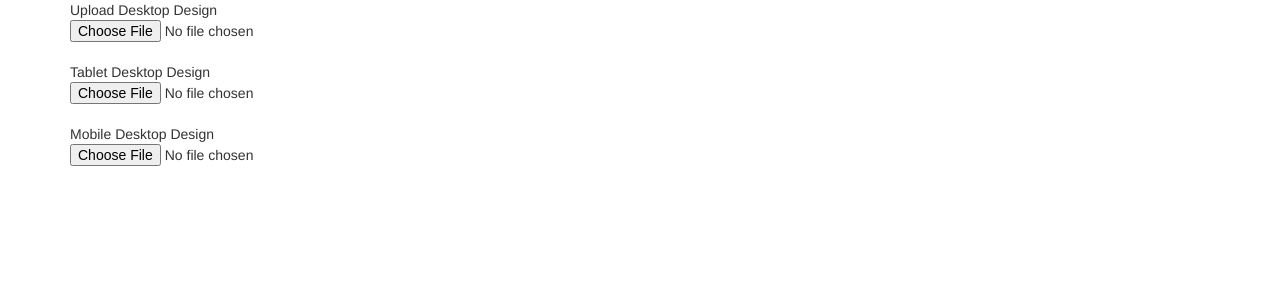
Repository: aneeshsingh/workspace
Page: http://localhost/analytics/Add_Product_Page_5.jsp
The author's editor kept a copy of each file at every save. The page is drawn from the files as they stood at one save, then again after the next save.
The browser window is 1280 px wide. The pictures show the whole page.
The page is served by Tomcat 9. Other server files are loaded and not shown.

Above is the page before, as saved 2016-03-07 03:42:21.

### analytics/war/Add_Product_Page_5.jsp
<!DOCTYPE html>
<html class="no-js" xmlns="http://www.w3.org/1999/xhtml"
	xml:lang="en-US" lang="en-US">

<%@ page import="com.macquarie.analytics.*"%>
<%@ page import="java.util.HashMap"%>
<%@ page import="java.util.Iterator"%>
<%@ page import="java.util.Map"%>
<%@ page import="java.sql.Connection"%>
<%@page language="java" session="true"%>

<head>
<!-- Latest compiled and minified CSS -->
<link rel="stylesheet"
	href="https://maxcdn.bootstrapcdn.com/bootstrap/3.3.6/css/bootstrap.min.css">

</head>
<body>


<form action="getAnalyticsServlet" method="post">
	<div class="container">


		<div class="row">

			<div class="col-md-12">
			<span>Upload Desktop Design</span>
			 <input type="file" name="file_desktop" id="file_desktop" /> <br/>
			</div>
		</div>






		<div class="row">

			<div class="col-md-12">

			<span>Tablet Desktop Design</span>
			 <input type="file" name="file_tablet" id="file_tablet" /> <br/>
			</div>

		</div>



		<div class="row">

			<div class="col-md-12">

			<span>Mobile Desktop Design</span>
			 <input type="file" name="file_mobile" id="file_mobile" /> <br/>
			</div>

		</div>



	</div>


</form>

</body>
</html>

After the next save:
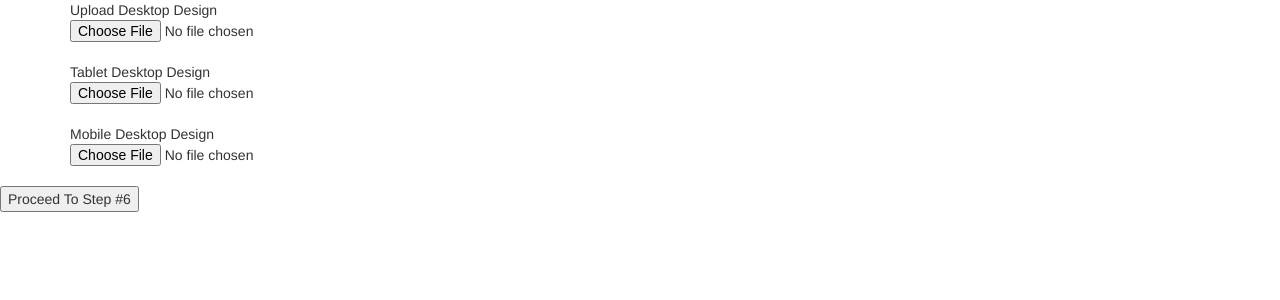
Saved 7 s later.
--- a/analytics/war/Add_Product_Page_5.jsp
+++ b/analytics/war/Add_Product_Page_5.jsp
@@ -61,6 +61,7 @@
 
 	</div>
 
+<input type="submit" value="Proceed To Step #6" />
 
 </form>
 
